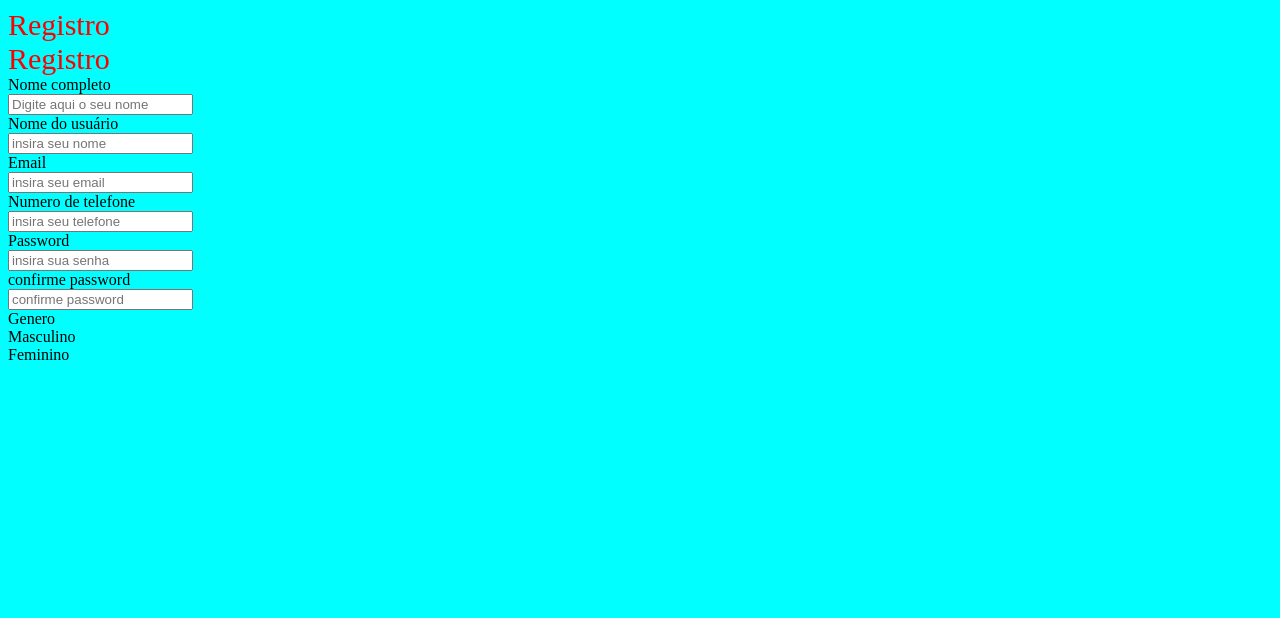
Repository: Vilmar-Freire/ESTUDOS-01-vilmar
Page: workspaces/prof-matheus battisti/matheus.html
An editor plug-in stored every save of this project. The page is shown before and after a run of saves, followed by the edit.
The browser window is 1280 px wide. The pictures show the whole page.

Above is the page before, as saved 2026-09-02 15:28:36.

### workspaces/prof-matheus battisti/matheus.html
<!DOCTYPE html>
<html lang="pt-BR">
<head>
    <meta charset="UTF-8">
    <meta name="keywords" content="Programacao, html, css, JavaScript">
    <meta name="Language" content="pt-BR">
    <meta name="Description" content="Formulario">
    <meta name="author" content="Vilmar Freire">
    <meta name="viewport" content="width=device-width, initial-scale=1.0">
    <link rel="stylesheet" href="./matheus.css">
    <title>Formulário</title>
</head>
<body>
  <div class="container">
    <div class="title">Registro</div>
    <form action="#"></form>
    </div>

    <div class=""


<hr size="6" color="black">


  <div class="container">
    <div class="title">Registro</div>
    <form action="#">

      <div class="user-details">
        <div class="input-box">
          <span class="details">Nome completo</span>
          <input type="text" placeholder="Digite aqui o seu nome" required>
        </div>
      </div>

      <div class="input-box">
        <span class="details">Nome do usuário</span>
        <input type="text" placeholder="insira seu nome" required>
      </div>

      <div class="input-box">
        <span class="details">Email</span>
        <input type="text" placeholder="insira seu email" required>
      </div>
      </div>

      <div class="input-box">
        <span class="details">Numero de telefone</span>
        <input type="text" placeholder="insira seu telefone" required>
      </div>

      <div class="input-box">
        <span class="details">Password</span>
        <input type="text" placeholder="insira sua senha" required>
      </div>

      <div class="input-box">
        <span class=details">confirme password</span>
        <input type="text"placeholder="confirme password" required>
      </div>

      <div class="gender-details">
        <span class="gender-title">Genero</span>
        <div class="category">
          <label for="">
            <span class="masculino"></span>
            <span class="gender">Masculino</span>
          </label>

          <label for="">
            <span class="feminino"></span>
            <span class="gender">Feminino</span>
          </label>
        </div>
      </div>
    </form>
  </div>
</body>
</html>

### workspaces/prof-matheus battisti/matheus.css
body{
    background-color: aqua;
}

span{
    display: block;

}

.title{
    color: red;
    font-size: 30px;
    text-align: left;
}

After the next 2 saves:
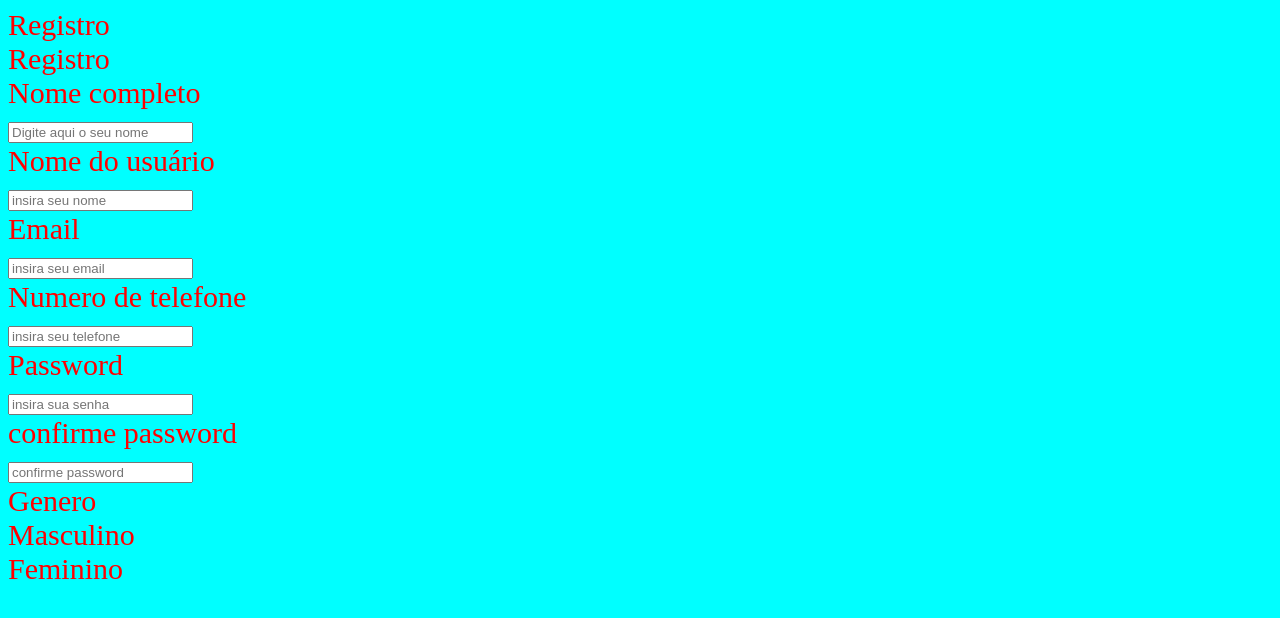
The 2 saves are shown as one change because they came seconds apart.
The last was saved 10 s later.
--- a/workspaces/prof-matheus battisti/matheus.html
+++ b/workspaces/prof-matheus battisti/matheus.html
@@ -16,7 +16,7 @@
     <form action="#"></form>
     </div>
 
-    <div class=""
+    <div class="title"
 
 
 <hr size="6" color="black">
